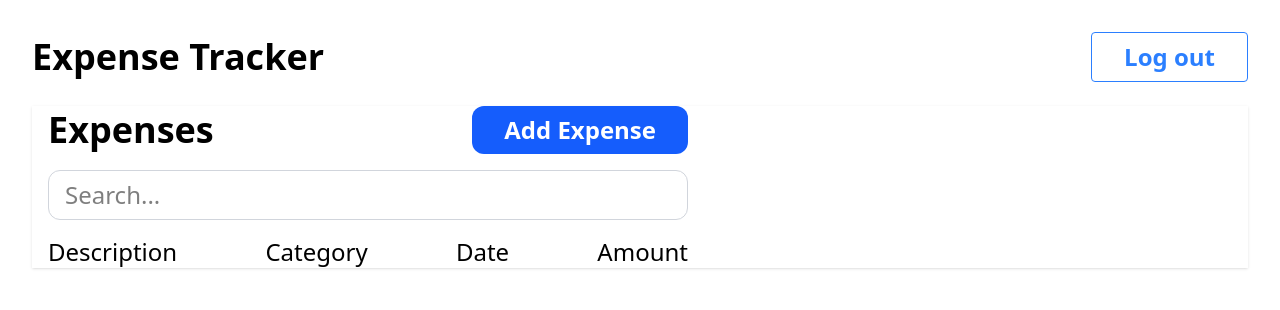
Repository: Syed-Mohsin-Ali786/frontend-expense-tracker
Page: /
The author's editor kept a copy of each file at every save. The page is drawn from the files as they stood at one save, then again after the next save.
The browser window is 1280 px wide. The pictures show the whole page.
The project was rebuilt for these pictures with package versions that can differ from the ones it lists, and the page was loaded fresh each time.

Above is the page before, as saved 2025-09-28 14:24:28.

### src/App.tsx
import "./App.css";

function App() {
  return (
    <div className=" mt-4 mx-4 p-4">
      {/* Header */}
      <header className="flex items-center justify-between">
        <h1 className="text-4xl  font-semibold">Expense Tracker</h1>
        <button className=" border border-blue-500 py-2 px-3 md:px-6 lg:px-8 rounded font-semibold text-blue-500 text-2xl ">
          Log out
        </button>
      </header>

      {/* The main page */}
      <section className="mt-6 shadow border-gray-200 px-4">
        {/* Expenses */}
        <div className="flex flex-col w-[50vw] justify-between">
          <div className="flex justify-between items-center ">
          <h1 className="text-4xl  font-semibold">Expenses</h1>
          <button className=" bg-blue-600  py-2 px-3 md:px-6 lg:px-8 rounded-[12px] font-semibold text-[#ffff] text-2xl">
            Add Expense
          </button>
          </div>
          <div>
          <input type="text" placeholder="Search..."  className="py-2 px-4 w-full text-2xl border-gray-300 border rounded-[12px] mt-4 "/>
          <div className="flex text-2xl items-center justify-between mt-4 ">
            <p>Description</p>
            <p>Category</p>
            <p>Date</p>
            <p>Amount</p>
          </div>
          </div>
        </div>
        {/* Charts */}
        <div></div>
      </section>
    </div>
  );
}

export default App;

Loaded but not shown: index.html (common file); src/main.tsx (common file); src/App.css (common file)

After the next save:
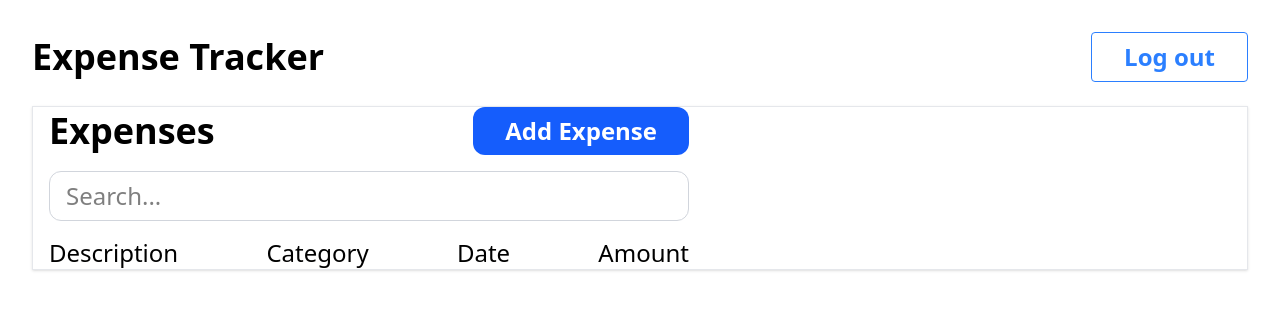
Saved 7 s later.
--- a/src/App.tsx
+++ b/src/App.tsx
@@ -12,7 +12,7 @@ function App() {
       </header>
 
       {/* The main page */}
-      <section className="mt-6 shadow border-gray-200 px-4">
+      <section className="mt-6 shadow border-gray-200 border px-4">
         {/* Expenses */}
         <div className="flex flex-col w-[50vw] justify-between">
           <div className="flex justify-between items-center ">
